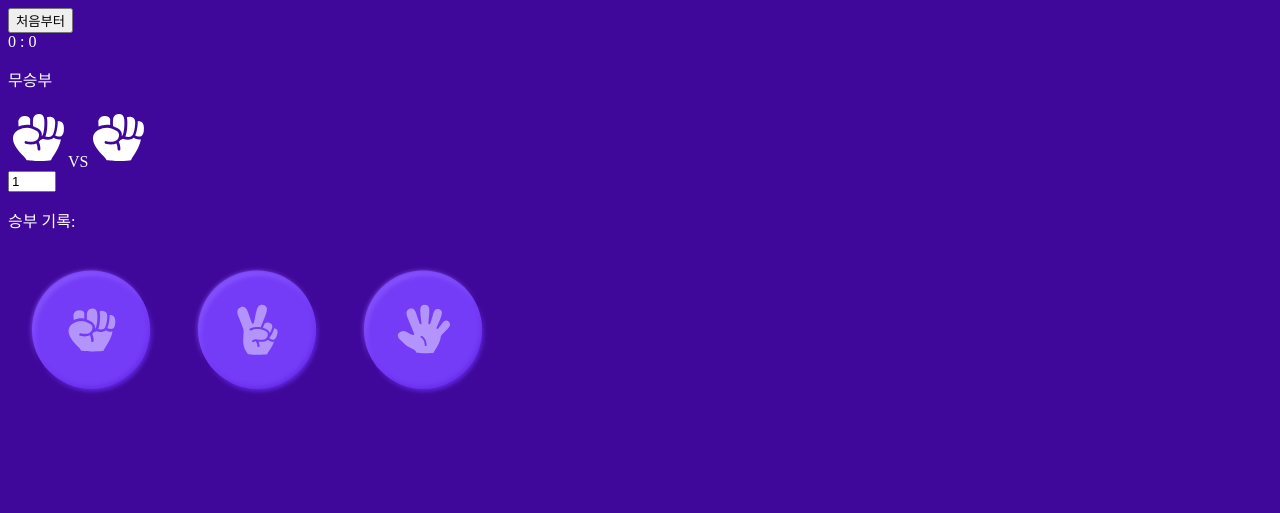
Repository: HI-CLAIRE/s.s.a.f.y_java
Page: / (app in codeit/rock-scissor-paper/)
An editor plug-in stored every save of this project. The page is shown before and after a run of saves, followed by the edit.
The browser window is 1280 px wide. The pictures show the whole page.
The project was rebuilt for these pictures with package versions that can differ from the ones it lists, and the page was loaded fresh each time.

Above is the page before, as saved 2022-12-16 17:35:38.

After the next 4 saves:
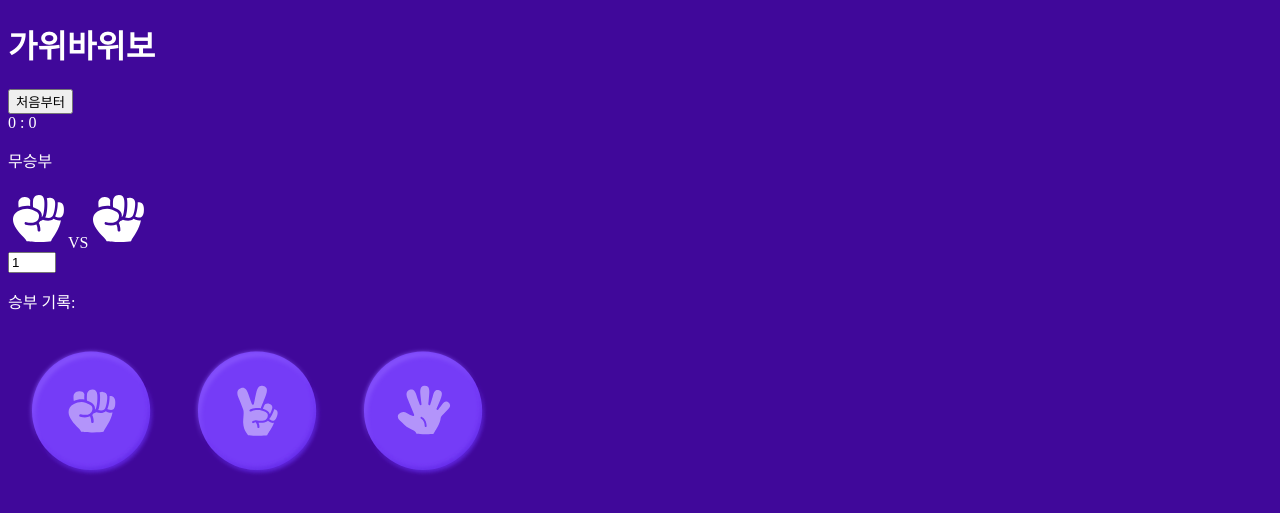
The 4 saves are shown as one change because they came seconds apart.
The last was saved 12 s later.
--- a/codeit/rock-scissor-paper/src/App.js
+++ b/codeit/rock-scissor-paper/src/App.js
@@ -53,7 +53,7 @@ const handleBetChange = (e) => {
   return (
     <div>
       <div>
-
+        <h1>가위바위보</h1>
       </div>
       <Button onClick={handleClearClick}>처음부터</Button>
       <div>
